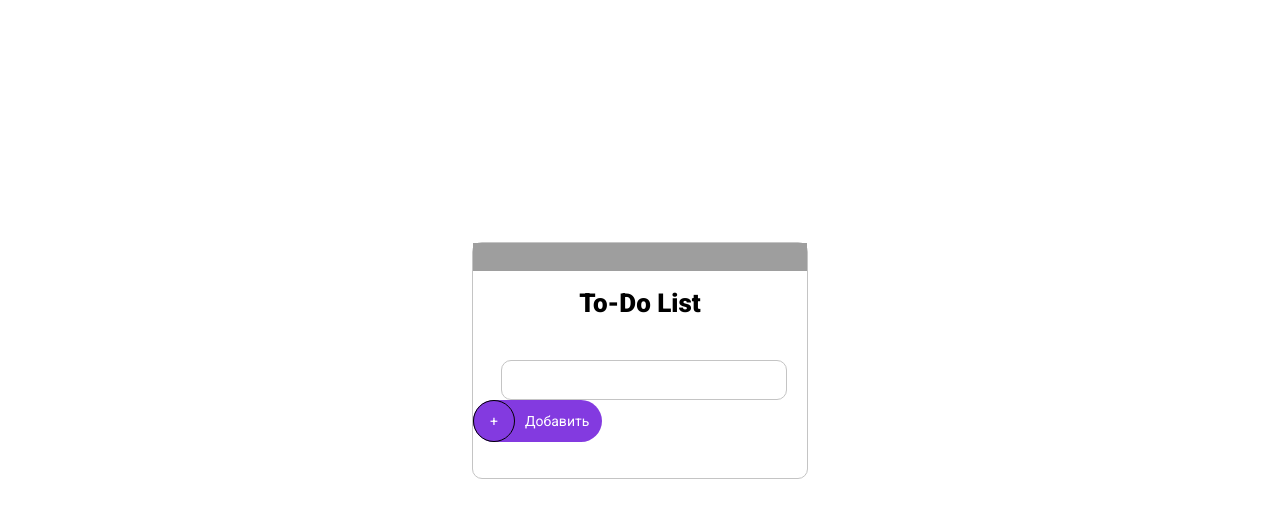
Repository: NatiqSamiyev/To-do-List-js
Page: insex.html
These files come from the project's save history. The page is drawn as it stood at one moment and after the next save; the edit follows.
The browser window is 1280 px wide. The pictures show the whole page.
Pictures or frames that could not be fetched are drawn as grey boxes. Some web fonts or font styles are not loaded; a fallback is used.

Above is the page before, as saved 2023-10-31 11:46:57.

After the next save:
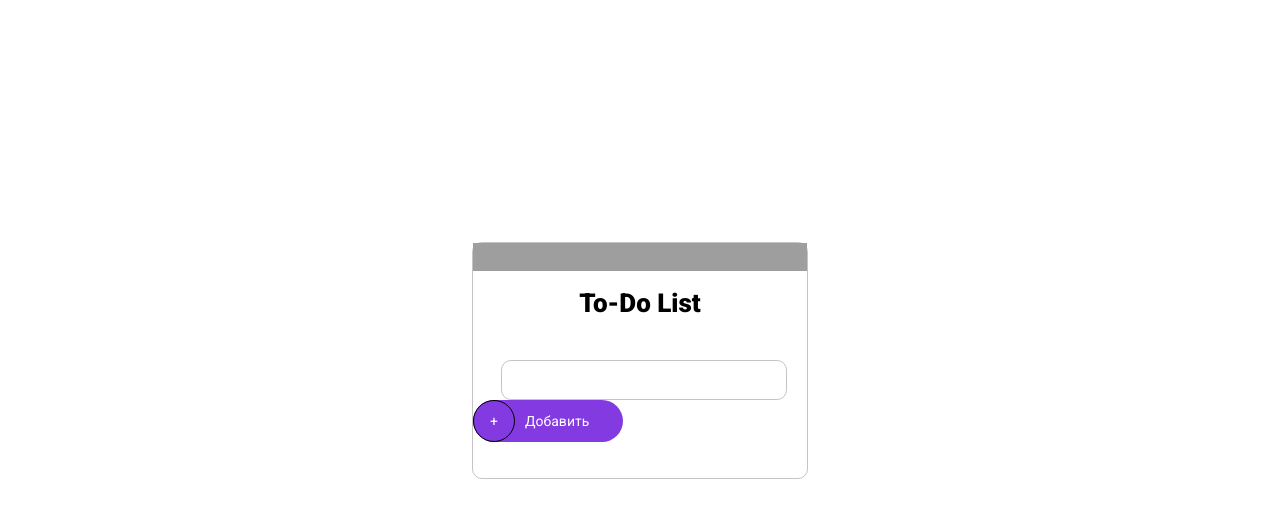
Saved 56 s later.
--- a/index.css
+++ b/index.css
@@ -140,7 +140,7 @@ height: 20px;
 button{
   display: flex;
   align-items: center;
-  width: 129px;
+  width: 150px;
 height: 42px;
 background-color: #833AE0;
 border-radius: 25px;
